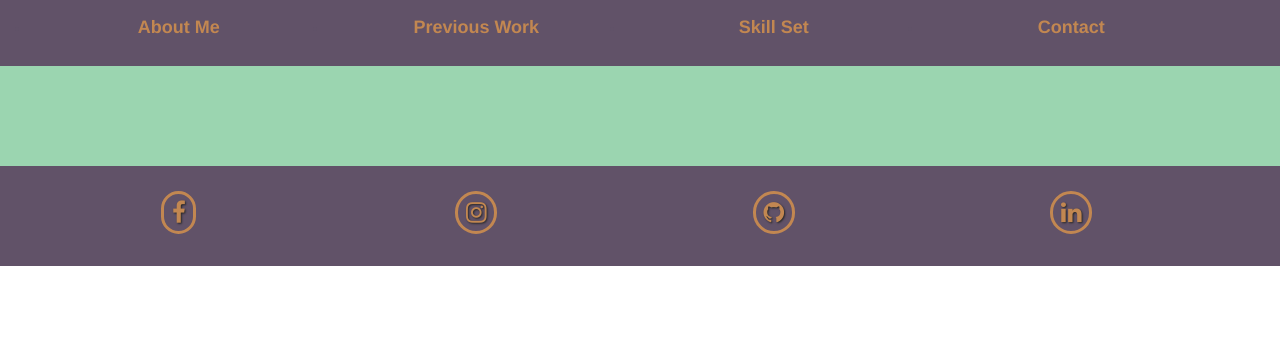
Repository: Rang3rDang3r/Portfolio
Page: main.html
The author's editor kept a record of every edit. The page is drawn from the files as they stood at one moment, then again after the next edit.
The browser window is 1280 px wide. The pictures show the whole page.

Above is the page before.

### main.html
<!DOCTYPE html>
<html lang="en">
<head>

    <meta charset="UTF-8">
    <meta name="viewport" content="width=device-width, initial-scale=1.0">
    <meta http-equiv="X-UA-Compatible" content="ie=edge">

    <!-- Stylesheets -->
    <link rel="stylesheet" href="main-style.css" type="text/css" />
    <link rel="stylesheet" href="https://maxcdn.bootstrapcdn.com/bootstrap/3.3.7/css/bootstrap.min.css">
    <link rel="stylesheet" href="https://maxcdn.bootstrapcdn.com/font-awesome/4.7.0/css/font-awesome.min.css" type="text/css" />
    <link href="https://fonts.googleapis.com/css?family=Arimo&display=swap" rel="stylesheet">
    <!-- /Stylesheets -->

    <title>Stuart Evans - Web Developer</title>

</head>
<body>

    <!-- Nav Bar -->
    <nav>
        <div class="container-fluid">
            <div class="row col-xs-12">
                <ul class="nav-bar col-xs-12">
                    <li class="nav-link col-xs-6 col-sm-3">
                        <a href="#">About Me</a>
                    </li>
                    <li class="nav-link col-xs-6 col-sm-3">
                        <a href="#">Previous Work</a>
                    </li>
                    <li class="nav-link col-xs-6 col-sm-3">
                        <a href="#">Skill Set</a>
                    </li>
                    <li class="nav-link col-xs-6 col-sm-3">
                        <a href="#">Contact</a>
                    </li>
                </ul>
            </div>
        </div>
    </nav>
    <!--/Nav Bar -->

    <!-- About Me -->
    <section>
        <div class="eton-blue"></div>
        <div class="dark-sea-green"></div>
        <div class="vivid-tangerine"></div>
        <div class="mantis"></div>
    </section>
    <!-- About Me -->

    <!-- Previous Work -->
    <section>

    </section>
    <!-- Previous Work -->

    <!-- Skill Set -->
    <section>

    </section>
    <!-- Skill Set -->

    <!-- Contact Form -->
    <section>

    </section>
    <!-- Contact Form -->

    <!-- Footer -->
    <footer>
        <div class="container-fluid">
            <div class="row col-xs-12">
                <ul class="footer-format col-xs-12">
                    <li class="footer-links col-xs-6 col-md-3">
                        <a href="https://www.facebook.com/ranger.danger.91" alt="Facebook" target="_blank"><i class="fa fa-facebook"></i></a>
                    </li>
                    <li class="footer-links col-xs-6 col-md-3">
                        <a href="https://www.instagram.com/rangerroo/" alt="Instagram" target="_blank"><i class="fa fa-instagram"></i></a>
                    </li>
                    <li class="footer-links col-xs-6 col-md-3">
                        <a href="https://github.com/Rang3rDang3r" alt="GitHub" target="_blank"><i class="fa fa-github"></i></a>
                    </li>
                    <li class="footer-links col-xs-6 col-md-3">
                        <a href="https://www.linkedin.com/in/stuart-evans-b672a6139/" alt="LinkedIn" target="_blank"><i class="fa fa-linkedin"></i></a>
                    </li>
                </ul>
            </div>
        </div>
    </footer>
    <!-- /Footer -->

</body>
</html>

### main-style.css
/*--- Font Family ---*/

@import url("https://fonts.googleapis.com/css?family=Arimo:100,200,300,400,500,600,700");

/*--- Background Images ---*/


/*--- Header Format ---*/

h1
h2
h3
h4
h5
h6 {
    font-family: "Arimo", sans-serif;
}

a {
    text-decoration: none !important;
}

/*--- Nav Bar ---*/

nav {
    background-color: #46344e;
    opacity: 0.85;
}

.nav-link {
    color: #46344e;
    text-align: center;
    margin-top: 15px;
    margin-bottom: 15px;
}

.nav-link a {
    color: rgb(184, 115, 51);
    font-family: "Arimo", sans-serif;
    font-weight: bold;
    font-size: large;
}

.nav-link a:hover {
    color: #ffffff;
    transition-duration: 1s;
    transition-timing-function: ease-in-out;
}

/*--- Footer ---*/

footer{
    clear: both;
    min-height: 100px;
    background-color: #46344e;
    opacity: 0.85;
    float: none;
}

.footer-links {
    text-align: center;
}

.footer-format {
    margin-bottom: 20px;
}

.footer-format li {
    color: #46344e;
    padding-top: 15px;
    padding-bottom: 15px;
    margin-top: 15px;
}

.footer-format li a {
    font-family: "Arimo", sans-serif;
    color: rgb(184, 115, 51);
    font-size: x-large;
    text-shadow: 1px 1px 2px #000000;
    padding: 5px 7.5px 5px 7.5px;
    border: 3px solid rgb(184, 115, 51);
    border-radius: 25px;
}

.footer-format li a:hover {
    color: #ffffff;
    border: 5px solid #ffffff;
    transition-duration: 1s;
    transition-timing-function: ease-in-out;
}

/*--- Media Queries ---*/

@media(min-width: 768px) {
    .footer-links {
        display: inline;
    }
}

.eton-blue {
    background-color:#8acea3;
    padding-top: 50px;
    padding-bottom: 50px;
    opacity: 0.85;
}

.eton-blue-b {
    background-color: #8acae3;
    opacity: 1.0;
    padding-top: 15px;
    padding-bottom:15px;

}

After the next edit:
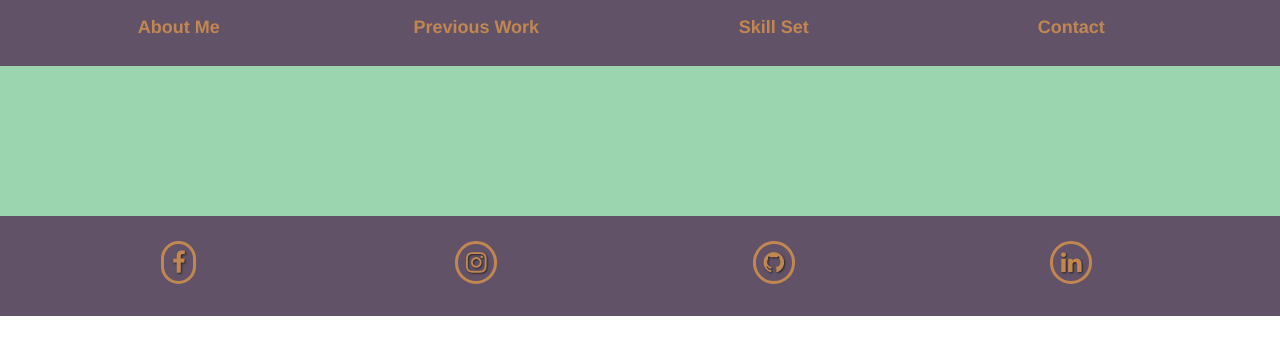
The edit:
--- a/main-style.css
+++ b/main-style.css
@@ -99,8 +99,8 @@
 
 .eton-blue {
     background-color:#8acea3;
-    padding-top: 50px;
-    padding-bottom: 50px;
+    padding-top: 75px;
+    padding-bottom: 75px;
     opacity: 0.85;
 }
 
